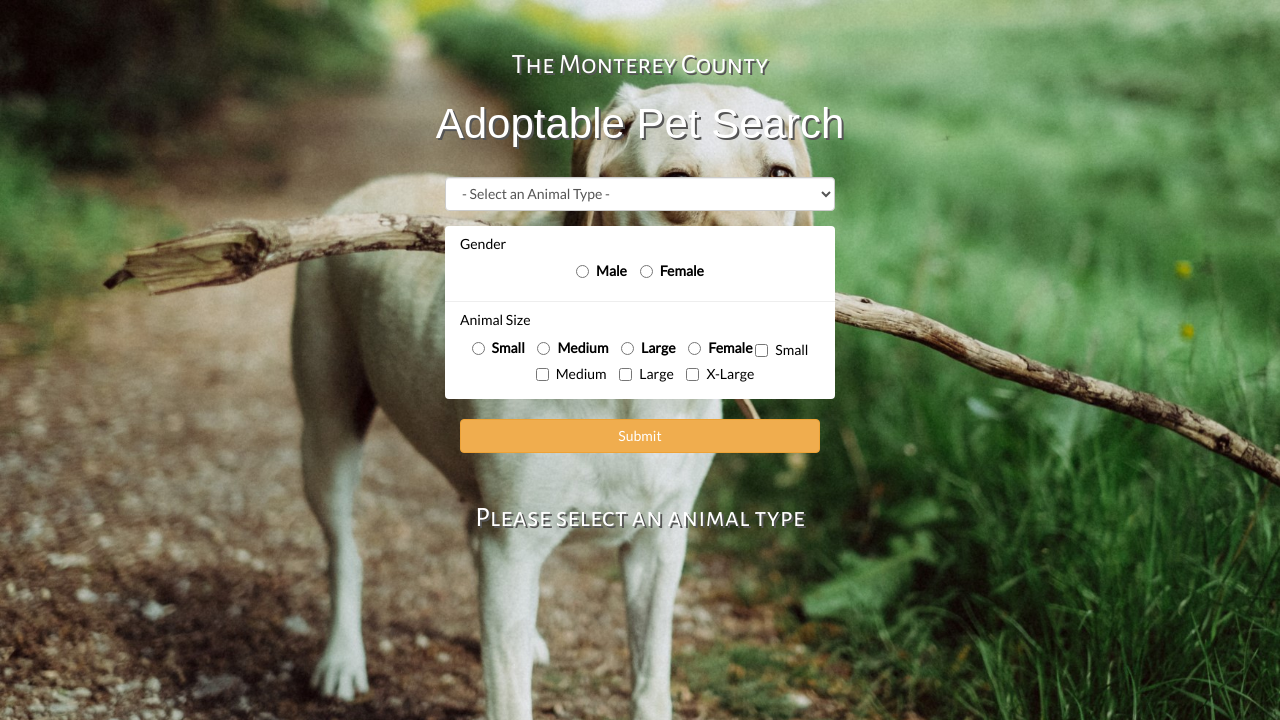
Repository: maliking/making
Page: http://localhost/hw/hw3/index.php
The author's editor kept a record of every edit. The page is drawn from the files as they stood at one moment, then again after the next edit.
The browser window is 1280 px wide. The pictures show the whole page.
Some web fonts or font styles are not loaded; a fallback is used. Some web libraries are served in a nearby version. The page is run by PHP 8.4 with error messages shown; the project is at /var/www/html/.

Above is the page before.

After the next edit:
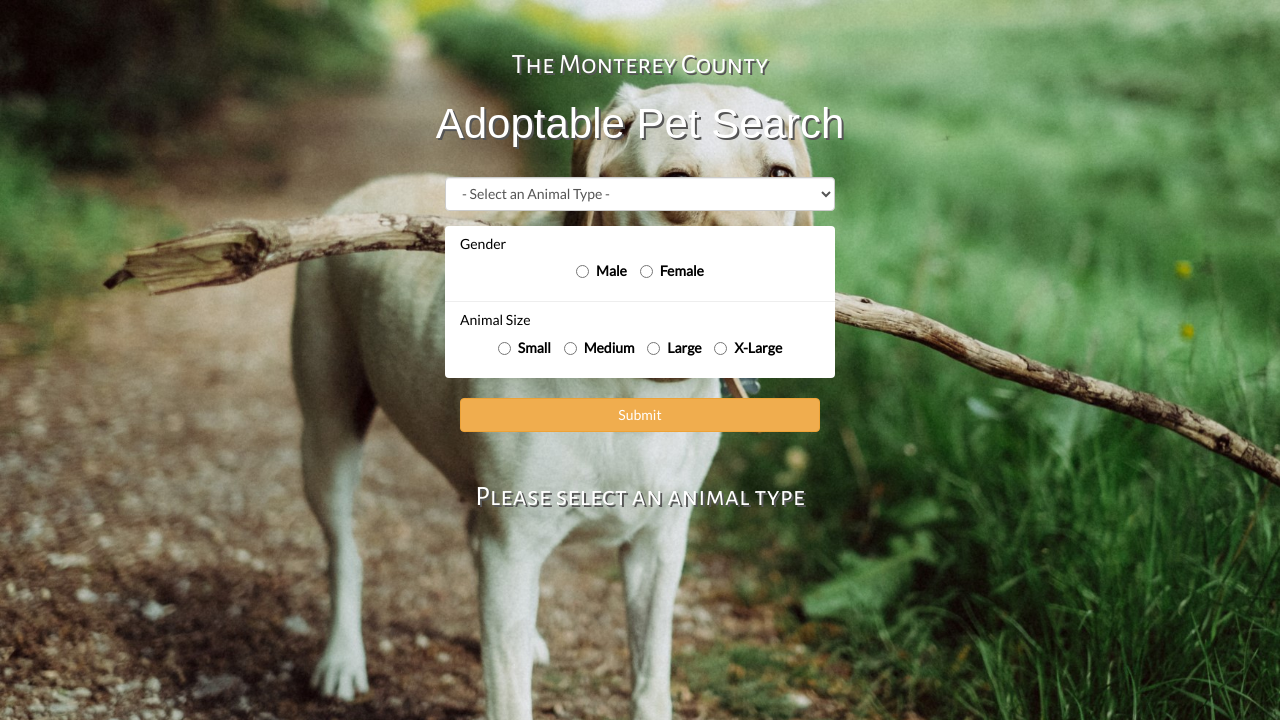
The edit:
--- a/hw/hw3/index.php
+++ b/hw/hw3/index.php
@@ -66,12 +66,8 @@
                             <label><input type="radio" name="size" value="L">Large</label>
                         </div>
                         <div class="radio-inline">
-                            <label><input type="radio" name="size" value="XL">Female</label>
+                            <label><input type="radio" name="size" value="XL">X-Large</label>
                         </div>
-                        <label class="checkbox-inline"><input type="checkbox" name="size" value="S">Small</label>
-                        <label class="checkbox-inline"><input type="checkbox" name="size" value="M">Medium</label>
-                        <label class="checkbox-inline"><input type="checkbox" name="size" value="L">Large</label>
-                        <label class="checkbox-inline"><input type="checkbox" name="size" value="XL">X-Large</label>
                     </div>
                 </div>
             </div>
